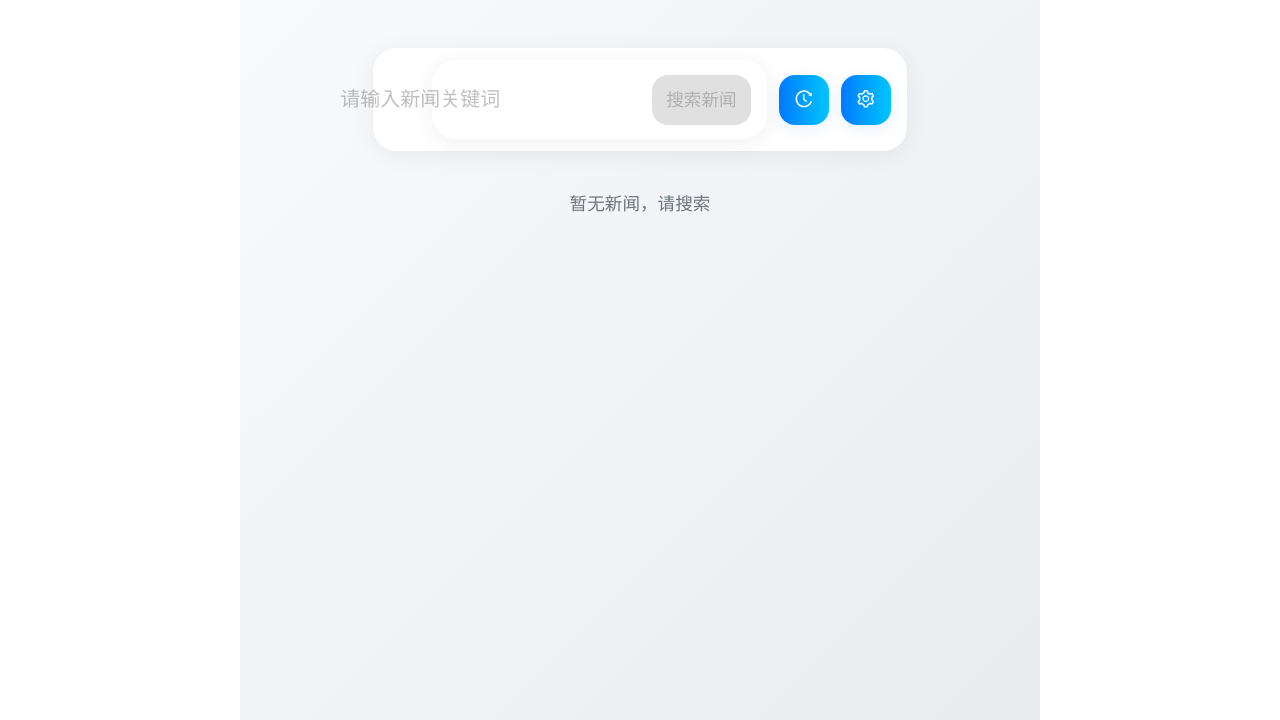
Repository: XJN7197/NewsAssistantBaseMCP
Page: / (app in frontend/)
The author's editor kept a copy of each file at every save. The page is drawn from the files as they stood at one save, then again after the next save.
The browser window is 1280 px wide. The pictures show the whole page.
The project was rebuilt for these pictures with package versions that can differ from the ones it lists, and the page was loaded fresh each time. Also part of the build but not shown: frontend/vite.config.ts, frontend/src/components/NewsCard.tsx.

Above is the page before, as saved 2025-05-25 19:52:40.

### frontend/src/App.tsx
import { useState } from 'react'
import Home from './pages/Home'
import './App.css'

function App() {

  return (
    <>
      <Home/>
    </>
  )
}

export default App

### frontend/src/pages/Home.module.css
.home-container {
  height: 100vh;
  width: 800px;
  background: linear-gradient(135deg, #f8fafc 0%, #e9ecef 100%);
  display: flex;
  flex-direction: column;
  align-items: center;
  padding: 48px 0 48px 0; /* 调整了上下padding，左右padding设为0，因为内容区会通过max-width控制 */
  font-family: -apple-system, BlinkMacSystemFont, "Segoe UI", Roboto, "Helvetica Neue", Arial, "PingFang SC", "Hiragino Sans GB", "Microsoft YaHei", sans-serif;
}

.search-bar {
  display: flex;
  justify-content: flex-end;
  align-items: center;
  gap: 12px;
  position: sticky;
  top: 0;
  z-index: 1;
  background: #fff;
  border-radius: 24px;
  box-shadow: 0 4px 24px 0 rgba(0,0,0,0.06);
  padding: 12px 16px; /* 减小整体内边距 */
  width: 66.66%;
  max-width: none;
}

.search-bar input[type="text"] {
  flex: 1;
  min-width: 300px; /* 设置最小宽度 */
  border: none;
  outline: none;
  font-size: 1.25rem;
  background: transparent;
  color: #222;
  padding: 8px 12px; /* 调整输入框内边距 */
  margin: 0;
  box-sizing: border-box;
  border-radius: 8px; /* 添加圆角 */
  transition: background 0.2s;
}

/* 添加输入框悬停效果 */
.search-bar input[type="text"]:hover,
.search-bar input[type="text"]:focus {
  background: rgba(0, 0, 0, 0.02);
}
.search-bar button {
  height: 50px;
  background: linear-gradient(90deg, #007aff 0%, #00c6fb 100%);
  color: #fff;
  border: none;
  border-radius: 16px; /* 更大的圆角 */
  padding: 14px 36px; /* 增加了按钮padding */
  font-size: 1.1rem; /* 稍大字体 */
  font-weight: 500;
  cursor: pointer;
  transition: background 0.2s, box-shadow 0.2s;
  box-shadow: 0 4px 16px 0 rgba(0,122,255,0.10); /* 按钮阴影 */
}

.search-bar button:disabled {
  background: #e0e0e0;
  color: #b0b0b0;
  cursor: not-allowed;
  box-shadow: none;
}

.news-list-container { /* Renamed from .news-list */
  width: 66.66%; /* 宽度固定为视口宽度的2/3 */
  /* height: 1500px; 高度固定为1500px */
  max-width: none; /* 移除最大宽度限制 */
  margin-bottom: 40px;
  min-height: 180px; /* 最小高度，避免内容过少时塌陷 */
  display: flex;
  flex-direction: column;
  gap: 24px; /* 新闻卡片之间的间距 */
  overflow-y: auto; /* 添加垂直滚动 */
  /* 可以在这里添加新闻卡片的样式，或者为新闻卡片组件单独创建样式文件 */
}

/* 针对 news-list 中暂无新闻的提示文本样式 */
.news-list > div {
  color: #6c757d; /* 柔和的提示文字颜色 */
  font-size: 1.1rem;
  text-align: center;
  padding: 40px 0;
}

/* Styles for .news-card, .checkbox-container, .news-content, .news-title, .news-desc, .news-link are removed as Ant Design components handle them */

/* 错误消息样式 */
.error-message {
  color: #dc3545; /* 红色错误提示 */
  font-size: 1.1rem;
  text-align: center;
  padding: 40px 0;
}


.analyze-btn {
  margin-bottom: 32px;
}

.analyze-btn button {
  background: linear-gradient(90deg, #34e89e 0%, #0f3443 100%); /* 保持了之前的渐变色 */
  color: #fff;
  border: none;
  border-radius: 16px; /* 更大的圆角 */
  padding: 16px 48px; /* 增加了按钮padding */
  font-size: 1.2rem; /* 稍大字体 */
  font-weight: 600;
  cursor: pointer;
  transition: background 0.2s, box-shadow 0.2s;
  box-shadow: 0 4px 16px 0 rgba(52,232,158,0.10); /* 按钮阴影 */
}

.analyze-btn button:disabled {
  background: #e0e0e0;
  color: #b0b0b0;
  cursor: not-allowed;
  box-shadow: none;
}

/* Styles for .report-modal and its children are removed as Ant Design Modal component handles them */

### frontend/src/mock/newsData.ts
export const mockNewsData = {
    news_list: [
      {
        title: "Qwen引领AI前端技术革新：深度解析一句话开发网页的突破_模型_行业_创新",
        desc: "在人工智能快速发展的2025年，来自量子位的最新报道显示，AI技术正迎来前所未有的革新，尤其是在前端开发领域。由Qwen推出的“AI前端工程师”WebDev工具，以...",
        url: "https://news.sohu.com/a/893821748_121924584"
      },
      {
        title: "谷歌推Gemini2.5Pro模型，AI 助力前端开发与复杂编程",
        desc: "谷歌推Gemini2.5Pro模型#，AI 助力前端开发与复杂编程】5 月7 日消息，科技媒体The Decoder 昨日（5 月6 日）发布博文，报道称谷歌为预热今年的I/O...",
        url: "https://news.sina.com.cn/external/car/2025-05-07/doc-inevtine1324735.shtml"
      },
      {
        title: "前端程序员请注意！首个截图就能生成现代前端代码的AI来了 | 已开源",
        desc: "现在截图生成代码，已经来到了一个新高度——. ⾸个⾯向现代前端代码⽣成的多模态⼤模型解决⽅案，来了！ 而且是开源的那种。 前端程序员请注意！首个截图就能...",
        url: "https://www.qbitai.com/2025/02/258521.html"
      },
      {
        title: "AI包办79%代码，程序员饭碗不保，前端开发要凉，人类只配改Bug？",
        desc: "编码助手更偏向自动化。有79%的Claude Code对话可以被归为「自动化」，即AI直接完成任务，而不是与人类协作「增强」。相比之下，Claude.ai的对话中只有49%是...",
        url: "https://m.36kr.com/p/3271134281245063"
      },
      {
        title: "武汉烽火申请前后端协同开发方法专利，大大降低前后端耦合度",
        desc: "本文源自:金融界. 金融界2025年5月15日消息，国家知识产权局信息显示，武汉烽火信息集成技术有限公司申请一项名为“前后端协同开发方法、装置、设备及可...",
        url: "https://cj.sina.cn/articles/view/1704103183/65928d0f02007wlqg?froms=ggmp"
      }
    ]
  };

### frontend/src/mock/reportData.ts
// 模拟舆情分析报告数据
export const mockReportData = {
  report: `
  **分析时间：** 2025-05-22 20:48:32

  ---

  ## 📥 原始新闻内容

  ### 新闻1
  - **标题**: Qwen引领AI前端技术革新：深度解析一句话开发网页的突破_模型_行业_创新
  - **描述**: 在人工智能快速发展的2025年，来自量子位的最新报道显示，AI技术正迎来前所未有的革新，尤其是在前端开发领域。由Qwen推出的“AI前端工程师”WebDev工具，以...
  - **链接**: https://news.sohu.com/a/893821748_121924584

  ### 新闻2
  - **标题**: 谷歌推Gemini2.5Pro模型，AI 助力前端开发与复杂编程
  - **描述**: 谷歌推Gemini2.5Pro模型#，AI 助力前端开发与复杂编程】5 月7 日消息，科技媒体The Decoder 昨日（5 月6 日）发布博文，报道称谷歌为预热今年的I/O...
  - **链接**: https://news.sina.com.cn/external/car/2025-05-07/doc-inevtine1324735.shtml

  ### 新闻3
  - **标题**: 前端程序员请注意！首个截图就能生成现代前端代码的AI来了 | 已开源
  - **描述**: 现在截图生成代码，已经来到了一个新高度——. ⾸个⾯向现代前端代码⽣成的多模态⼤模型解决⽅案，来了！ 而且是开源的那种。 前端程序员请注意！首个截图就能...
  - **链接**: https://www.qbitai.com/2025/02/258521.html

  ### 新闻4
  - **标题**: AI包办79%代码，程序员饭碗不保，前端开发要凉，人类只配改Bug？
  - **描述**: 编码助手更偏向自动化。有79%的Claude Code对话可以被归为「自动化」，即AI直接完成任务，而不是与人类协作「增强」。相比之下，Claude.ai的对话中只有49%是...
  - **链接**: https://m.36kr.com/p/3271134281245063

  ### 新闻5
  - **标题**: 武汉烽火申请前后端协同开发方法专利，大大降低前后端耦合度
  - **描述**: 本文源自:金融界. 金融界2025年5月15日消息，国家知识产权局信息显示，武汉烽火信息集成技术有限公司申请一项名为“前后端协同开发方法、装置、设备及可...
  - **链接**: https://cj.sina.cn/articles/view/1704103183/65928d0f02007wlqg?froms=ggmp

  ---

  ## 📊 分析结果

  ### 舆情分析报告
  **日期**：2025年5月
  **分析范围**：五篇关于AI与前端开发的新闻

  ---

  #### **一、情绪倾向分析**
  | 新闻编号 | 情绪倾向 | 原因说明 |
  |----------|----------|----------|
  | **新闻1** | **正面** | 强调Qwen的“革新”“突破”等词汇，突出AI技术对前端开发的赋能，传递积极创新信号。 |
  | **新闻2** | **正面** | 谷歌推出新模型推动“AI助力前端开发”，体现技术迭代的行业趋势，语气温和但积极。 |
  | **新闻3** | **正面** | 聚焦“首个截图生成代码”“开源”等关键词，展示AI工具的实用性和开放性，引发开发者关注。 |
  | **新闻4** | **负面** | 标题直接使用“饭碗不保”“要凉”等强烈词汇，讨论AI对程序员职业的冲击，情绪偏担忧。 |
  | **新闻5** | **正面** | 武汉烽火的专利申请聚焦“降低耦合度”技术优化，体现行业对效率提升的关注，属中性积极技术报道。 |

  ---

  #### **二、舆情总结**
  1. **技术革新主导正面情绪**
     - 多篇新闻聚焦AI在前端开发中的创新应用（如Qwen、Gemini2.5Pro、开源工具），强调效率提升、自动化开发等优势，反映行业对AI技术的期待与认可。
     - 专利申请（新闻5）进一步表明企业对技术优化的重视，传递积极发展趋势。

  2. **负面情绪集中于就业风险**
     - 新闻4通过“79%代码由AI包办”“程序员饭碗不保”等表述，引发对AI替代人力的焦虑，负面情绪显著，但未否认技术价值。

  3. **行业矛盾与机遇并存**
     - 正面报道多关注技术突破，负面内容则反映人类与AI协作模式的争议，整体呈现“技术进步”与“职业担忧”的双重叙事。

  ---

  #### **三、建议**
  - **技术开发者**：关注AI工具的开源与迭代（如新闻3），同时提升复合技能以适应自动化趋势。
  - **企业与政策制定者**：平衡技术应用与就业保障，推动人机协作模式的探索。
  - **媒体传播**：客观呈现AI对行业的赋能与挑战，避免过度渲染负面情绪。

  **结论**：当前舆情以技术革新为核心积极主题，但需警惕AI对职业结构的潜在冲击，行业需在创新与人文关怀间寻求平衡。
`
}

### frontend/src/components/NewsSearch.tsx
import React from 'react';
import { Button as AntButton, Input } from 'antd';
import styles from '../pages/Home.module.css'; // 引入 Home.module.css 中的样式

interface NewsSearchProps {
  keyword: string;
  setKeyword: (keyword: string) => void;
  handleSearch: () => void;
  loading: boolean;
}

const NewsSearch: React.FC<NewsSearchProps> = ({
  keyword,
  setKeyword,
  handleSearch,
  loading,
}) => {
  return (
    <div className={styles['search-bar']}> {/* 使用 Home.module.css 中的样式 */}
      <Input
        placeholder="请输入新闻关键词"
        value={keyword}
        onChange={e => setKeyword(e.target.value)}
        onPressEnter={handleSearch} // 支持回车搜索
        style={{ flex: 1, fontSize: '1.25rem', padding: '12px 0' }} // 保持原有部分样式
      />
      <AntButton
        type="primary"
        onClick={handleSearch}
        loading={loading}
        disabled={!keyword}
        style={{ borderRadius: '16px', padding: '14px', fontSize: '1.1rem', fontWeight: 500 }} // 保持原有部分样式，并添加右边距
      >
        搜索新闻
      </AntButton>
    </div>
  );
};

export default NewsSearch;

### frontend/src/components/NewsList.tsx
import React from 'react';
import { List, Spin, Typography } from 'antd';
import NewsCard from './NewsCard';
import styles from '../pages/Home.module.css'; // 引入 Home.module.css 中的样式

const { Text } = Typography;

interface NewsListProps {
  newsList: any[]; // 根据实际新闻数据结构定义更精确的类型
  selectedNews: Set<number>;
  onItemChange: (id: number, checked: boolean) => void;
  loading: boolean;
}

const NewsList: React.FC<NewsListProps> = ({
  newsList,
  selectedNews,
  onItemChange,
  loading,
}) => {
  return (
    <div className={styles['news-list-container']}> {/* 使用 Home.module.css 中的样式 */}
      {loading && newsList.length === 0 && (
        <div style={{ textAlign: 'center', padding: '40px 0' }}>
          <Spin size="large" />
        </div>
      )}
      {!loading && newsList.length === 0 && (
        <div style={{ textAlign: 'center', color: '#6c757d', fontSize: '1.1rem', padding: '40px 0' }}>
          暂无新闻，请搜索
        </div>
      )}
      {newsList.length > 0 && newsList[0].error && (
        <div className={styles['error-message']}>{newsList[0].error}</div>
      )}
      {newsList.length > 0 && !newsList[0].error && (
        <List
          itemLayout="horizontal"
          dataSource={newsList}
          renderItem={item => (
            <NewsCard
              key={item.id}
              item={item}
              selectedNews={selectedNews}
              onItemChange={onItemChange}
            />
          )}
        />
      )}
    </div>
  );
};

export default NewsList;

### frontend/src/components/ReportModal.tsx
import React from 'react';
import { Modal, Button as AntButton, Spin, Typography } from 'antd';
import ReactMarkdown from 'react-markdown';
import remarkGfm from 'remark-gfm';

const { Title, Text } = Typography;

interface ReportModalProps {
  showReport: boolean;
  setShowReport: (show: boolean) => void;
  report: string | null;
  loading: boolean;
  handleDownload: () => void;
  setEmailModalVisible: (visible: boolean) => void;
}

const ReportModal: React.FC<ReportModalProps> = ({
  showReport,
  setShowReport,
  report,
  loading,
  handleDownload,
  setEmailModalVisible,
}) => {
  return (
    <Modal
      title={<Title level={3} style={{ textAlign: 'center', marginBottom: 0 }}>舆情分析报告</Title>}
      open={showReport}
      onCancel={() => setShowReport(false)}
      footer={[
        <AntButton
          key="download"
          onClick={handleDownload}
          disabled={!report}
          style={{ borderRadius: '12px', marginRight: '8px' }}
        >
          下载报告
        </AntButton>,
        <AntButton
          key="email"
          onClick={() => setEmailModalVisible(true)}
          disabled={!report}
          style={{ borderRadius: '12px', marginRight: '8px' }}
        >
          发送邮件
        </AntButton>,
        <AntButton key="close" type="primary" onClick={() => setShowReport(false)} style={{ borderRadius: '12px' }}>
          关闭
        </AntButton>
      ]}
      width="60vw"
      styles={{
        body: { maxHeight: '70vh', overflowY: 'auto', background: '#fff', padding: '24px 40px' },
        content: { zIndex: 1000 }
      }}
    >
      {loading && !report ? (
        <div style={{ textAlign: 'center', padding: '40px 0' }}>
          <Spin size="large" tip="分析报告生成中..." />
        </div>
      ) : report ? (
        <ReactMarkdown remarkPlugins={[remarkGfm]}>{report}</ReactMarkdown>
      ) : (
        <Text>报告生成中或无内容...</Text>
      )}
    </Modal>
  );
};

export default ReportModal;

### frontend/src/components/SettingsModal.tsx
import React from 'react';
import { Modal, Button as AntButton, Spin, Form, Input, Typography, message } from 'antd';

const { Title } = Typography;

interface SettingsModalProps {
  showSettings: boolean;
  setShowSettings: (show: boolean) => void;
  config: any; // 根据实际配置数据结构定义更精确的类型
  configLoading: boolean;
  fetchConfig: () => void;
  updateConfig: (values: any) => Promise<void>;
}

const SettingsModal: React.FC<SettingsModalProps> = ({
  showSettings,
  setShowSettings,
  config,
  configLoading,
  fetchConfig,
  updateConfig,
}) => {
  const [configForm] = Form.useForm();

  // 当弹窗打开时获取配置
  React.useEffect(() => {
    if (showSettings) {
      fetchConfig();
    }
  }, [showSettings, fetchConfig]);

  // 当 config 更新时设置表单值
  React.useEffect(() => {
    configForm.setFieldsValue(config);
  }, [config, configForm]);

  const handleSave = async () => {
    try {
      const values = await configForm.validateFields();
      await updateConfig(values);
    } catch (errorInfo) {
      console.error('Validate Failed:', errorInfo);
      message.error('请检查表单填写是否正确。');
    }
  };

  return (
    <Modal
      title={<Title level={3} style={{ textAlign: 'center', marginBottom: 0 }}>配置设置</Title>}
      open={showSettings}
      onCancel={() => setShowSettings(false)}
      footer={[
        <AntButton key="cancel" onClick={() => setShowSettings(false)} style={{ borderRadius: '12px' }}>
          取消
        </AntButton>,
        <AntButton key="submit" type="primary" loading={configLoading} onClick={handleSave} style={{ borderRadius: '12px' }}>
          保存
        </AntButton>,
      ]}
      width="50vw"
      styles={{ body: { maxHeight: '70vh', overflowY: 'auto', background: '#fff', padding: '24px 40px' } }}
    >
      {configLoading && Object.keys(config).length === 0 ? (
        <div style={{ textAlign: 'center', padding: '40px 0' }}>
          <Spin size="large" tip="加载配置中..." />
        </div>
      ) : (
        <Form
          form={configForm}
          layout="vertical"
          initialValues={config} // 使用状态中的配置作为初始值
        >
          {Object.keys(config).map(key => {
            let inputProps = {};

            // 根据不同字段设置不同的input type
            if (key === 'BASE_URL') {
              inputProps = { type: 'url', placeholder: '请输入有效的URL地址' };
            } else if (key === 'EMAIL_USER') {
              inputProps = { type: 'email', placeholder: '请输入有效的邮箱地址' };
            } else if (key === 'SMTP_SERVER') {
              inputProps = {
                type: 'text',
                placeholder: '请输入SMTP服务器地址',
                pattern: '^[a-zA-Z0-9][a-zA-Z0-9\-\.]+[a-zA-Z0-9]$'
              };
            }

            return (
              <Form.Item
                key={key}
                label={key}
                name={key}
                rules={[{ required: true, message: `请输入 ${key}!` }]} // 添加必填规则
              >
                <Input {...inputProps} />
              </Form.Item>
            );
          })}
        </Form>
      )}
    </Modal>
  );
};

export default SettingsModal;

### frontend/src/components/EmailModal.tsx
import React, { useState } from 'react';
import { Modal, Button as AntButton, Form, Input, message } from 'antd';

interface EmailModalProps {
  emailModalVisible: boolean;
  setEmailModalVisible: (visible: boolean) => void;
  report: string | null;
}

const EmailModal: React.FC<EmailModalProps> = ({
  emailModalVisible,
  setEmailModalVisible,
  report,
}) => {
  const [emailTo, setEmailTo] = useState('');
  const [emailSending, setEmailSending] = useState(false);
  const [form] = Form.useForm();

  // Reset form when modal opens
  React.useEffect(() => {
    if (emailModalVisible) {
      form.resetFields();
      setEmailTo(''); // Also reset local state
    }
  }, [emailModalVisible, form]);

  const handleSendEmail = async () => {
    if (!report || !emailTo) return;

    setEmailSending(true);
    try {
      const response = await fetch('http://localhost:8000/send_email', {
        method: 'POST',
        headers: {
          'Content-Type': 'application/json',
        },
        body: JSON.stringify({
          to: emailTo,
          subject: `舆情分析报告`,
          report_content: report
        }),
      });

      const data = await response.json();
      if (data.status === 'success') {
        message.success('邮件发送成功！');
        setEmailModalVisible(false);
      } else {
        message.error(`邮件发送失败: ${data.message}`);
      }
    } catch (error) {
      console.error("邮件发送失败:", error);
      message.error(`邮件发送失败: ${error}`);
    } finally {
      setEmailSending(false);
    }
  };

  return (
    <Modal
      title="发送分析报告到邮箱"
      open={emailModalVisible}
      onCancel={() => setEmailModalVisible(false)}
      footer={[
        <AntButton key="cancel" onClick={() => setEmailModalVisible(false)} style={{ borderRadius: '12px' }}>
          取消
        </AntButton>,
        <AntButton
          key="send"
          type="primary"
          loading={emailSending}
          onClick={handleSendEmail}
          disabled={!emailTo}
          style={{ borderRadius: '12px' }}
        >
          发送
        </AntButton>,
      ]}
    >
      <Form form={form} layout="vertical">
        <Form.Item
          label="收件人邮箱"
          name="email"
          rules={[
            { required: true, message: '请输入收件人邮箱!' },
            { type: 'email', message: '请输入有效的邮箱地址!' }
          ]}
        >
          <Input
            placeholder="请输入收件人邮箱"
            value={emailTo}
            onChange={e => setEmailTo(e.target.value)}
          />
        </Form.Item>
      </Form>
    </Modal>
  );
};

export default EmailModal;

Loaded but not shown: frontend/index.html (common file); frontend/src/main.tsx (common file); frontend/src/index.css (common file); frontend/src/App.css (common file); frontend/src/pages/Home.tsx (476 lines, source omitted)

After the next save:
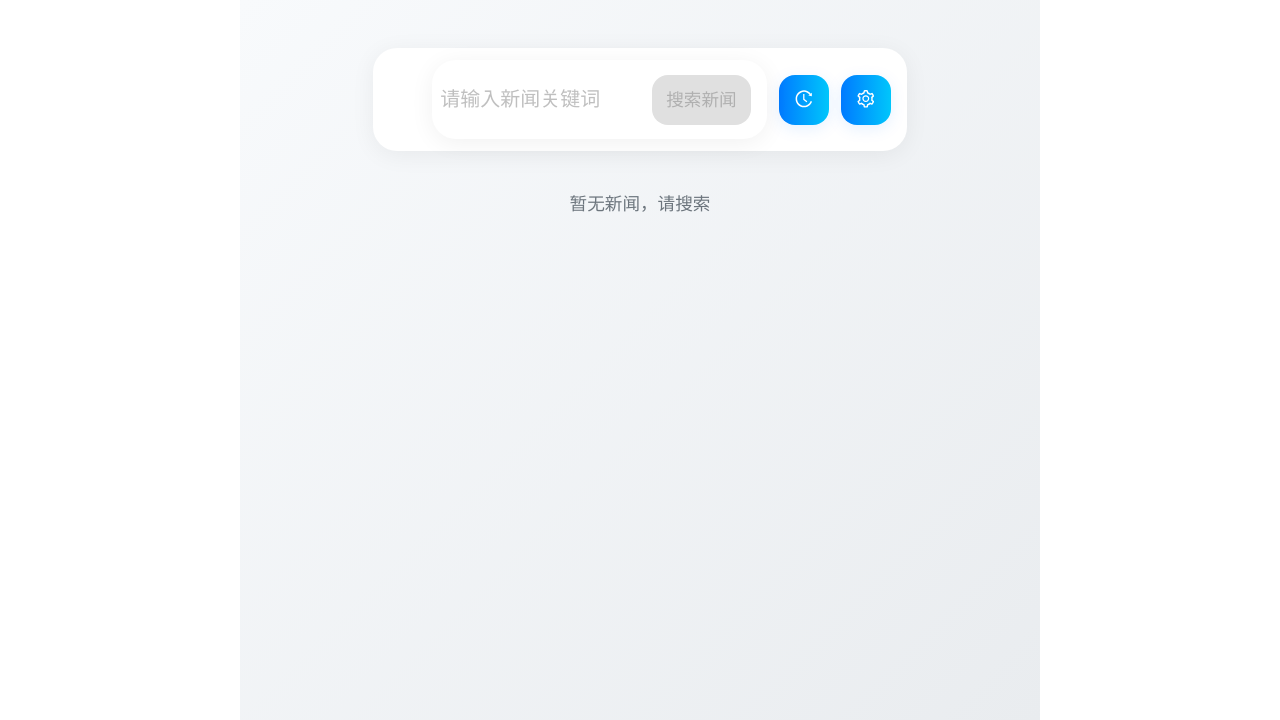
Saved 7 s later.
--- a/frontend/src/pages/Home.module.css
+++ b/frontend/src/pages/Home.module.css
@@ -27,7 +27,7 @@
 
 .search-bar input[type="text"] {
   flex: 1;
-  min-width: 300px; /* 设置最小宽度 */
+  min-width: 200px; /* 设置最小宽度 */
   border: none;
   outline: none;
   font-size: 1.25rem;
